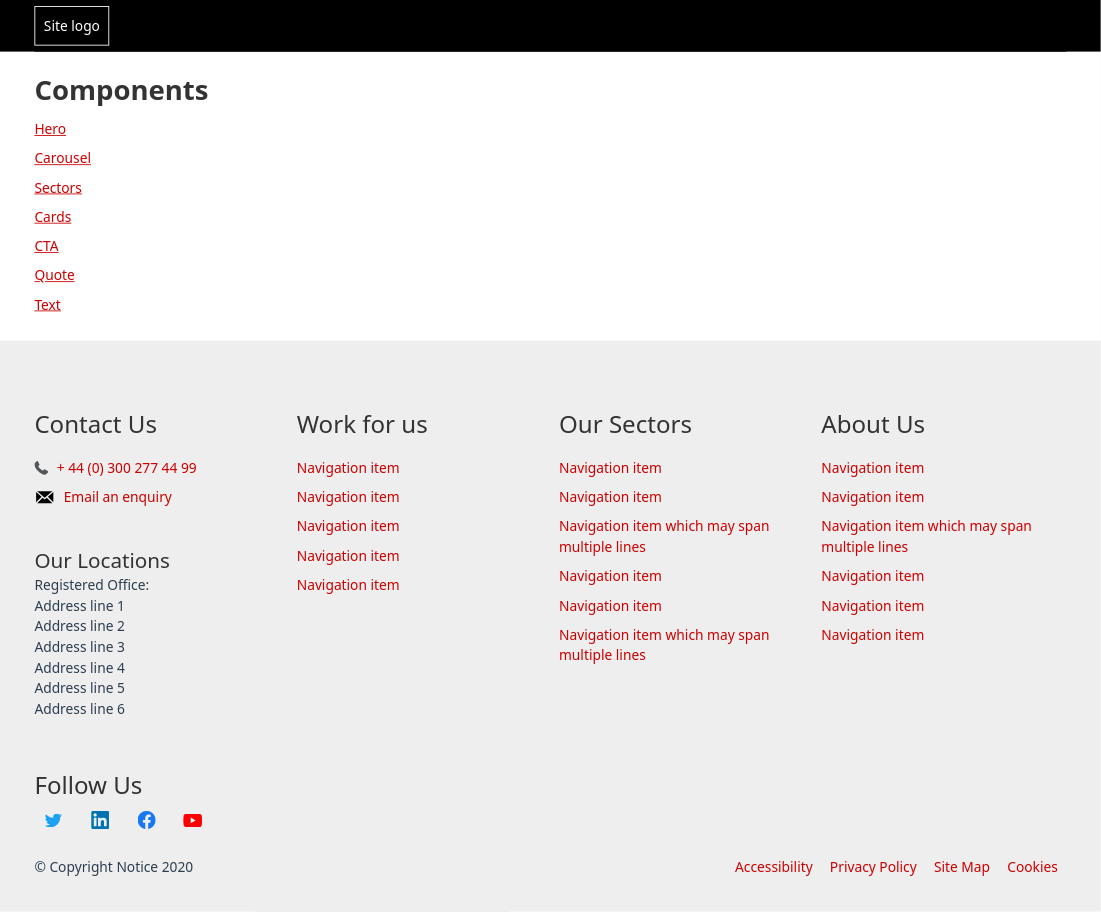
Repository: DaveBaulch/spa
Page: /#/
An editor plug-in stored every save of this project. The page is shown before and after the next save, followed by the edit.
The browser window is 1280 px wide. The pictures show the whole page, at 86% of full size.
The project was rebuilt for these pictures with package versions that can differ from the ones it lists, and the page was loaded fresh each time. Also part of the build but not shown: src/assets/styles/main.css.

Above is the page before, as saved 2020-10-16 09:22:13.

### public/index.html
<!DOCTYPE html>
<html lang="en">
  <head>
    <meta charset="utf-8">
    <meta http-equiv="X-UA-Compatible" content="IE=edge">
    <meta name="viewport" content="width=device-width,initial-scale=1.0">
    <link rel="icon" href="<%= BASE_URL %>favicon.ico">
    <title><%= htmlWebpackPlugin.options.title %></title>
    <link href="https://fonts.googleapis.com/css?family=Noto+Sans:400,400i,700,700i&display=swap" rel="stylesheet">

  </head>
  <body>
    <noscript>
      <strong>We're sorry but <%= htmlWebpackPlugin.options.title %> doesn't work properly without JavaScript enabled. Please enable it to continue.</strong>
    </noscript>
    <div id="app"></div>
    <!-- built files will be auto injected -->
  </body>
</html>

### src/App.vue
<template>
  <div id="app">
    <TheSkipLink>
      Skip navigation
    </TheSkipLink>
    <TheHeader @sidenavToggle="displaySidenav = !displaySidenav" />
    <TheSidenav
      :show="displaySidenav"
      @close="displaySidenav = false">
    </TheSidenav>

    <main class="main" id="main">
      <router-view />
    </main>

    <TheFooter />

    <TheScrollTopButton>
      <img src="@/assets/images/svg/chevron-up-white.svg" />
      <span class="sr-only">Back to top</span>
    </TheScrollTopButton>

  </div>
</template>

<script>
import TheHeader from './components/global/TheHeader.vue';
import TheSidenav from '@/components/global/TheSidenav'
import TheFooter from '@/components/global/TheFooter'
import TheSkipLink from '@/components/global/TheSkipLink'
import TheScrollTopButton from '@/components/global/TheScrollTopButton'


export default {
  components: {
    TheHeader,
    TheSidenav,
    TheFooter,
    TheSkipLink,
    TheScrollTopButton
  },
  data() {
    return {
      displaySidenav: false
    }
  }
};
</script>

<style lang="scss">

#app {
  // font-family: Avenir, Helvetica, Arial, sans-serif;
  -webkit-font-smoothing: antialiased;
  -moz-osx-font-smoothing: grayscale;
  text-align: left;
  color: #2c3e50;
}

#nav {
  padding: 30px;

  a {
    font-weight: bold;
    color: #2c3e50;

    &.router-link-exact-active {
      color: #42b983;
    }
  }
}
</style>

### src/assets/sass/_base-styles.scss

@import 'utilities/variables';
@import 'utilities/mixins';
@import 'utilities/animations';

@import 'base/fonts';
@import 'base/resets';
@import 'base/elements';
@import 'base/typography';
@import 'base/forms';

@import 'helpers/text';
@import 'helpers/spacing';
@import 'helpers/colors';

@import 'layout/layout';

### src/components/global/TheHeader.vue
<template>
<div class="header-container">
  <div class="container">
    <header class="header">
      <TheSideNavToggle @toggle="$emit('sidenavToggle')" />
      <div class="logo">
        <router-link to="/" class="logo__link">Site logo</router-link>
      </div>
      <div class="navigation-items">
        <!-- <ul class="nav-list">
          <router-link to="/" class="nav-list__item">Home</router-link> |
          <router-link to="/about" class="nav-list__item">About</router-link>
        </ul> -->
      </div>
    </header>
  </div>
</div>
</template>

<script>
import TheSideNavToggle from "@/components/global/TheSideNavToggle";

export default {
  name: "TheHeader",
  components: {
    TheSideNavToggle
  }
};
</script>

<style scoped lang="scss">
@import '../../assets/sass/utilities/_variables.scss';
@import '../../assets/sass/utilities/_mixins.scss';

.header-container {
  width: 100%;
  min-height: 60px;
  background-color: $black;
  position: fixed;
  z-index: 100;

  @include breakpoint(md) {
    position: relative;
  }
}

.header {
  width: 100%;
  min-height: 60px;
  display: flex;
  justify-content: space-between;
  align-items: center;
  background-color: $black;
  box-sizing: border-box;
  padding: 0;
}

.logo {
  margin: 0;
  padding: 0;
  border: 1px solid $white;
}

.logo__link {
  margin: 0;
  padding: 1rem;
  text-decoration: none;
  color: $white;
  display: block;
}

.navigation-items {
  display: none;

  @include breakpoint(md) {
    display: block;
  }
}

// .nav-list {
//   list-style: none;
//   padding: 0;
//   margin: 0;
//   display: flex;
// }

// .nav-list__item {
//   margin: 0 10px;
// }

// .nav-item a {
//   text-decoration: none;
//   color: $white;
// }

</style>

### src/components/global/TheSidenav.vue
<template>
<div class="sidenav-container">
  <div
    v-if="show"
    class="sidenav-backdrop"
    @click="$emit('close')"></div>
  <transition name="slide-side">
    <div
      v-if="show"
      class="sidenav">
      <ul
        class="nav-list"
        @click="$emit('close')">
        <li class="nav-item"><router-link to="/">Home</router-link></li>
        <li class="nav-item"><router-link to="/hero" class="component-list__link">Hero</router-link></li>
        <li class="nav-item"><router-link to="/carousel" class="component-list__link">Carousel</router-link></li>
        <li class="nav-item"><router-link to="/sectors" class="component-list__link">Sectors</router-link></li>
        <li class="nav-item"><router-link to="/cards" class="component-list__link">Cards</router-link></li>
        <li class="nav-item"><router-link to="/cta" class="component-list__link">CTA</router-link></li>
        <li class="nav-item"><router-link to="/quote" class="component-list__link">Quote</router-link></li>
        <li class="nav-item"><router-link to="/text" class="component-list__link">Text</router-link></li>
      </ul>
    </div>
  </transition>
</div>
</template>

<script>
export default {
  name: "TheSidenav",
  props: {
    show: {
      type: Boolean,
      default: false
    }
  }
};
</script>


<style scoped>
.sidenav-container {
  height: 100%;
  width: 100%;
}

.sidenav-backdrop {
  width: 100%;
  height: 100%;
  background-color: rgba(0, 0, 0, 0.7);
  z-index: 1000;
  position: fixed;
  top: 0;
  left: 0;
}

.sidenav {
  height: 100%;
  width: 300px;
  background-color: white;
  z-index: 10000;
  position: fixed;
  top: 0;
  left: 0;
  box-sizing: border-box;
  padding: 30px;
}

.slide-side-enter-active,
.slide-side-leave-active {
  transition: all 0.3s ease-out;
}
.slide-side-enter,
.slide-side-leave-to {
  transform: translateX(-100%);
}

.nav-list {
  list-style: none;
  padding: 0;
  margin: 0;
}

.nav-item {
  margin: 20px 0;
}

.nav-item a {
  text-decoration: none;
  color: black;
  font-size: 1.5rem;
}

.nav-item a:hover,
.nav-item a:active {
  color: red;
}
</style>

### src/components/global/TheSkipLink.vue
<template>
  <a
    href="#main"
    id="skip-navigation"
    class="skip-link"
    ref="skip-navigation"
    v-scroll-to="{el: '#main'}">
    <slot />
  </a>
</template>



<style scoped lang="scss">
@import '../../assets/sass/utilities/_mixins.scss';
@import '../../assets/sass/utilities/_variables.scss';

.skip-link {
  padding: 0.5rem 1rem 1rem 1rem;
  background-color: $white;
  position: absolute;
  top: -100%;
  left: 2px;
  z-index: 200;
  text-decoration: none !important;
  display: none;

  &:focus {
    top: 2px;
    transition: $transition-speed-medium ease all;
    color: $black;
  }

  @include breakpoint(md) {
    display: flex;
  }
}

.skip-link:visited {
  color: $black;
}
</style>

### src/components/global/TheScrollTopButton.vue
<template>
  <a class="btn-scroll-top" :class="{ active: buttonVisible }" ref="scroll-button" id="scroll-top" href="#skip-navigation" v-scroll-to="{el: '#skip-navigation', onDone: onDone}">
    <slot />
  </a>
</template>

<script>
export default {
  name: "TheScrollTopButton",
  data: function () {
    return {
      scrollPosition: null,
      buttonVisible: false
    }
  },
  methods: {
    onDone() {
      document.getElementById('skip-navigation').focus();
    },
    updateScroll() {
      this.scrollPosition = window.scrollY
      // console.log(this.scrollPosition)
      if ( this.scrollPosition > 100 ){
        this.buttonVisible = true;
      } else {
        this.buttonVisible = false;
      }
    }
  },
  mounted() {
    window.addEventListener('scroll', this.updateScroll);
  }
};
</script>


<style scoped lang="scss">
@import "../../assets/sass/utilities/_variables.scss";
@import "../../assets/sass/utilities/_mixins.scss";

.btn-scroll-top {
  position: fixed;
  z-index: 100;
  bottom: 20px;
  right: 20px;
  width: 44px;
  height: 44px;
  overflow: hidden;
  text-indent: -1999em;
  color: $white;
  background-color: $white;
  border: 1px solid $grey-dark;;
  opacity: 0;
  transition: 300ms ease all;
  display: flex;
  align-items: center;
  justify-content: center;
  display: none;

  @include breakpoint(md) {
    bottom: 85px;
    display: flex;
  }

  &.active {
    opacity: 0.9;
  }
}

</style>

### src/views/Home.vue
<template>

  <div class="home">

    <div class="container">
      <h1>Components</h1>
        <ul class="component-list">
          <li class="component-list__item"><router-link to="/hero" class="component-list__link">Hero</router-link></li>
          <li class="component-list__item"><router-link to="/carousel" class="component-list__link">Carousel</router-link></li>
          <li class="component-list__item"><router-link to="/sectors" class="component-list__link">Sectors</router-link></li>
          <li class="component-list__item"><router-link to="/cards" class="component-list__link">Cards</router-link></li>
          <li class="component-list__item"><router-link to="/cta" class="component-list__link">CTA</router-link></li>
          <li class="component-list__item"><router-link to="/quote" class="component-list__link">Quote</router-link></li>
          <li class="component-list__item"><router-link to="/text" class="component-list__link">Text</router-link></li>
        </ul>
    </div>

  </div>

</template>

<script>
// @ is an alias to /src
export default {
  name: "Home",
  components: {
  }
};
</script>

<style scoped lang="scss">
@import '../assets/sass/utilities/_variables.scss';
@import '../assets/sass/utilities/_mixins.scss';

.component-list {
  list-style: none;
  padding: 0;
  margin: 0;

}

.component-list__item {
  margin: 1rem 0 0 0;
  padding: 0;
}

.component-list__link {
  margin: 0;

  a {
    text-decoration: none;
    color: $white;
  }
}


</style>

### src/assets/sass/utilities/_mixins.scss
@mixin fill {
  width: 100%;
  height: 100%;
}

@mixin imageCover {
  object-fit: cover;
  @include fill;
}

@mixin absoluteFill {
  display: block;
  position: absolute;
  top: 0;
  left: 0;
  @include fill;
}

@mixin textGradient($top: $brand-primary, $bottom: $brand-light) {
  background: linear-gradient($top, $bottom);
  background-clip: text;
  -webkit-text-fill-color: transparent;
}

// accessible text
@mixin sr-only {
  border: 0 !important;

  height: 1px !important;
  margin: (-1px) !important;
  overflow: hidden !important;
  padding: 0 !important;
  position: absolute !important;
  width: 1px !important;
}

// breakpoints
// uses breakpoints defined in variables.scss
@mixin breakpoint($point, $value: 0) {
  @if $point==xs {
    @media screen and (max-width: $xs-max) {
      @content;
    }
  } @else if $point==sm {
    @media screen and (min-width: $sm-min) {
      @content;
    }
  } @else if $point==md {
    @media screen and (min-width: $md-min) {
      @content;
    }
  } @else if $point==lg {
    @media screen and (min-width: $lg-min) {
      @content;
    }
  } @else if $point==xl {
    @media screen and (min-width: $xl-min) {
      @content;
    }
  } @else {
    @media screen and ($point: $value) {
      @content;
    }
  }
}

@mixin between-breakpoints($min, $max) {
  @media screen and (min-width: $min) and (max-width: $max) {
    @content;
  }
}

@mixin full-width {
  width: 100vw;
  position: relative;
  left: 50%;
  right: 50%;
  margin-left: -50vw;
  margin-right: -50vw;
}

### src/assets/sass/utilities/_animations.scss
@keyframes fadeIn {
    from {
      opacity: 0;
      visibility: hidden;
    }
    to {
      opacity: 1;
      visibility: visible;
    }
  }

@keyframes fadeOut {
    from {
      opacity: 1;
      visibility: visible;
    }
    to {
      opacity: 0;
      visibility: hidden;
    }
  }

@keyframes slideTop {
  0% {
    transform: translateY(100px);
  }
  100% {
    transform: translateY(0);
  }
}

@mixin fadeIn($duration: 0.3s) {
  animation: {
    name: fadeIn;
    fill-mode: forwards;
    duration: #{$duration};
  }
}

@mixin fadeOut($duration: 0.3s) {
  animation: {
    name: fadeOut;
    fill-mode: forwards;
    duration: #{$duration};
  }
}

### src/assets/sass/base/_fonts.scss
// @font-face {
//   font-family: 'hurme';
//   src: url('~assets/fonts/hurme/hurme-light.otf') format('opentype');
//   font-weight: $font-weight-light;
// }

// @font-face {
//   font-family: 'hurme';
//   src: url('~assets/fonts/hurme/hurme-regular.otf') format('opentype');
//   font-weight: $font-weight-normal;
// }

// @font-face {
//   font-family: 'hurme';
//   src: url('~assets/fonts/hurme/hurme-semiBold.otf') format('opentype');
//   font-weight: $font-weight-bold;
// }

### src/assets/sass/base/_resets.scss
html {
  //Prevent iOS input highlighting
  box-sizing: border-box;
  font-size: $base-font-size;
  -webkit-tap-highlight-color: rgba(0, 0, 0, 0);
}

body {
  -moz-osx-font-smoothing: grayscale;
  -webkit-font-smoothing: antialiased;
  background-color: $body-bg-color;
  color: $color-text;
  font-size: $body-font-mobile;
  line-height: $base-line-height;
  text-align: left;
  margin: 0;
  padding: 0;
  font-weight: $font-weight-light;

  @include breakpoint(lg) {
    font-size: $body-font-desktop;
  }
}

html,
body {
  max-width: 100% !important;
  overflow-x: hidden !important;
}

img {
  display: block;
  height: auto;
  -ms-interpolation-mode: bicubic;
  // option to make images responsive by default
  max-width: 100%;
}

### src/assets/sass/base/_elements.scss
button {
  cursor: pointer;
  margin: 0;
}

img {
  max-width: 100%;
  pointer-events: none;

  &:not([src]) {
    visibility: hidden;
  }
}

.img-responsive {
  display: block;
  height: auto;
  max-width: 100%;
  width: 100%;
}

a {
  text-decoration: none;
  color: inherit;
}

ul:not([class]) {
  list-style: disc;
}

ol:not([class]) {
  list-style: decimal;
}

### src/assets/sass/base/_typography.scss
body {
  font-family: $font;
  font-weight: $font-weight-normal;
}

// Generic heading styling

h1,
h2,
h3,
h4,
h5 {
  margin: 0;
  padding: 0;
  margin-top: 2rem;
  color: $color-headings;
  font-weight: $font-weight-bold;
}

h1 {
  font-size: 2rem;
  font-weight: 00;
  line-height: 1.6;

  @include breakpoint(lg) {
    font-size: 3.2rem;
    line-height: 1.5;
  }
}

h2 {
  font-size: 2rem;
  font-weight: 400;
  line-height: 1.4;
  margin: 2.9rem 0 0 0;

  @include breakpoint(lg) {
    font-size: 2.8rem;
    line-height: 1.43;
    margin: 4.6rem 0 0 0;
  }
}

h3 {
  font-size: 1.8rem;
  font-weight: 400;
  line-height: 1.33;
  margin: 2.9rem 0 0 0;

  @include breakpoint(lg) {
    font-size: 2.4rem;
    line-height: 1.33;
    margin: 4.6rem 0 0 0;
  }
}

h4 {
  font-size: 1.8rem;
  font-weight: 400;
  line-height: 1.5;
  margin: 2.9rem 0 0 0;


  @include breakpoint(lg) {
    font-size: 2.4rem;
    line-height: 1.4;
    margin: 4.6rem 0 0 0;
  }
}

h5 {
  font-size: 1.8rem;
  font-weight: 400;
  line-height: 1.5;
  margin: 2.9rem 0 0 0;

  @include breakpoint(lg) {
    font-size: 2.4rem;
    line-height: 1.56;
    margin: 4.6rem 0 0 0;
  }
}

// Link styles

a {
  color: $color-link-active;
  text-decoration: underline;
}

a:visited {
  color: $color-link-visited;
}

a:hover {
  color: $color-link-hover;
}

a:focus {
  color: $color-link-hover;
  outline: $focus-outline;
}

// Standard text paragraphs

p {
  margin: 2rem 0 0 0;
  padding: 0;
}

// List styles
ol,
ul {
  margin: 2rem 0 0 0;
  padding: 0;
  list-style: none;

  &:not([class]) {
    margin: 0 1.22rem 0.8rem 1.5rem;
    list-style-position: inside;
  }
}

ol:not([class]) {
  list-style-type: decimal;
}

ul:not([class]) {
  list-style-type: disc;
}

// Definition list styles

dl {
}

dt {
  font-weight: bold;
}

// Opinionated styling of typographic elements

hr {
  height: 1px;
  margin: 1em 0;
  padding: 0;
  display: block;
  border: 0;
  border-top: 1px solid $grey-light;
}

blockquote {
  margin: 0;
  padding: 0 10px;
}

ins {
  background: $red;
  color: $black;
  text-decoration: none;
}

mark {
  font-style: italic;
  font-weight: bold;
}

pre {
  white-space: pre-wrap;
  word-wrap: break-word;
}

### src/assets/sass/helpers/_text.scss
.uppercase {
  text-transform: uppercase;
}

.font-light {
  font-weight: $font-weight-light;
}

.font-normal {
  font-weight: $font-weight-normal;
}

.font-bold {
  font-weight: $font-weight-bold;
}

.sr-only {
  @include sr-only;
}

### src/assets/sass/helpers/_spacing.scss
.no-padding {
  padding: 0;
}

.no-margin {
  margin: 0;
}

### src/assets/sass/helpers/_colors.scss
// .bg-white {
//   background-color: $brand-white;
// }
// .bg-white-alt {
//   background-color: $brand-white-alt;
// }
// .bg-black {
//   background-color: $brand-black;
// }
// .bg-primary {
//   background-color: $brand-primary;
// }
// .bg-primary-alt {
//   background-color: $brand-primary-alt;
// }
// .bg-dark {
//   background-color: $brand-dark;
// }
// .bg-dark-alt {
//   background-color: $brand-dark-alt;
// }
// .bg-light {
//   background-color: $brand-lightest;
// }
// .bg-light-alt {
//   background-color: $brand-light-alt;
// }

### src/assets/sass/layout/_layout.scss
.container {
  width: calc(100% - 30px);
  max-width: 1200px;
  margin: 0 auto;
  padding: 0;
  position: relative;
  padding: 0 15px;
}

.row {
  display: grid;
  grid-template-columns: repeat(12, 1fr);
  grid-gap: 20px;
}

.main {
  padding-top: 60px;

  @include breakpoint(md) {
    padding-top: 0;
  }
}

// picturefill-background background images
.picturefill-background {
  background-size: cover;
  background-repeat: no-repeat;
  opacity: 1;
  transition: opacity 2s ease;

  &.is-lazy {
    opacity: 0;
  }
}

### src/components/global/TheSideNavToggle.vue
<template>
  <div
    class="drawer-toggle"
    role="button"
    @click="$emit('toggle')">
    <div class="bar"></div>
    <div class="bar"></div>
    <div class="bar"></div>
  </div>
</template>

<style scoped>
.drawer-toggle {
  display: flex;
  flex-direction: column;
  justify-content: space-around;
  height: 40px;
  width: 35px;
  cursor: pointer;
}

@media (min-width: 768px) {
  .drawer-toggle {
    display: none;
  }
}

.drawer-toggle .bar {
  width: 90%;
  height: 2px;
  background-color: white;
}
</style>

### src/components/global/TheSocialSharing.vue
<template>
  <div class="social-links-wrapper">
    <h2 class="social-links-title">Follow Us</h2>
    <ul class="social-links">
      <li class="social-links__item">
        <TheSocialSharingItem>
          <img src="@/assets/images/svg/icon-footer-twitter.svg" width="20" height="16" alt="Twitter" />
          <span class="sr-only">Twitter</span>
        </TheSocialSharingItem>
      </li>
      <li class="social-links__item">
        <TheSocialSharingItem>
          <img src="@/assets/images/svg/icon-footer-linkedin.svg" width="21" height="21" alt="LinkedIn" />
          <span class="sr-only">LinkedIn</span>
        </TheSocialSharingItem>
      </li>
      <li class="social-links__item">
        <TheSocialSharingItem>
          <img src="@/assets/images/svg/icon-footer-facebook.svg" width="21" height="21" alt="Facebook" />
          <span class="sr-only">Instagram</span>
        </TheSocialSharingItem>
      </li>
      <li class="social-links__item">
        <TheSocialSharingItem href="https://www.youtube.com/">
          <img src="@/assets/images/svg/icon-footer-youtube.svg" width="22" height="16" alt="YouTube" />
          <span class="sr-only">You Tube</span>
        </TheSocialSharingItem>
      </li>
    </ul>
  </div>
</template>

<script>
import TheSocialSharingItem from "@/components/global/TheSocialSharingItem";

export default {
  name: "TheSocialSharing",
  components: {
    TheSocialSharingItem
  }
};
</script>

<style scoped lang="scss">
@import '../../assets/sass/utilities/_variables.scss';

.social-links {
  margin: 0 auto;
  list-style: none;
  display: flex;
}

.social-links__item {
  margin: 0 1rem 0 0;
}

</style>

### src/components/global/TheSocialSharingItem.vue
<template>
  <a :href="href"
    class="social-sharing-item"
    ><slot /></a>
</template>

<script>
export default {
  name: 'TheSocialSharingItem',
  props: {
    href: {
      type: String,
      default: ''
    }
  }
}
</script>


<style scoped lang="scss">
@import '../../assets/sass/utilities/_variables.scss';

.social-sharing-item {
  display: flex;
  align-items: center;
  justify-content: center;
  width: 44px;
  height: 44px;

  &:hover,
  &:focus {
    color: $color-link-hover;
    text-decoration: underline;
  }
}
</style>

Loaded but not shown: src/registerServiceWorker.js (common file); src/store/index.js (common file); src/router/index.js (94 lines, source omitted); src/main.js (19 lines, source omitted); src/assets/sass/base/_forms.scss (498 lines, source omitted); src/components/global/TheFooter.vue (345 lines, source omitted); src/assets/sass/utilities/_variables.scss (138 lines, source omitted)

After the next save:
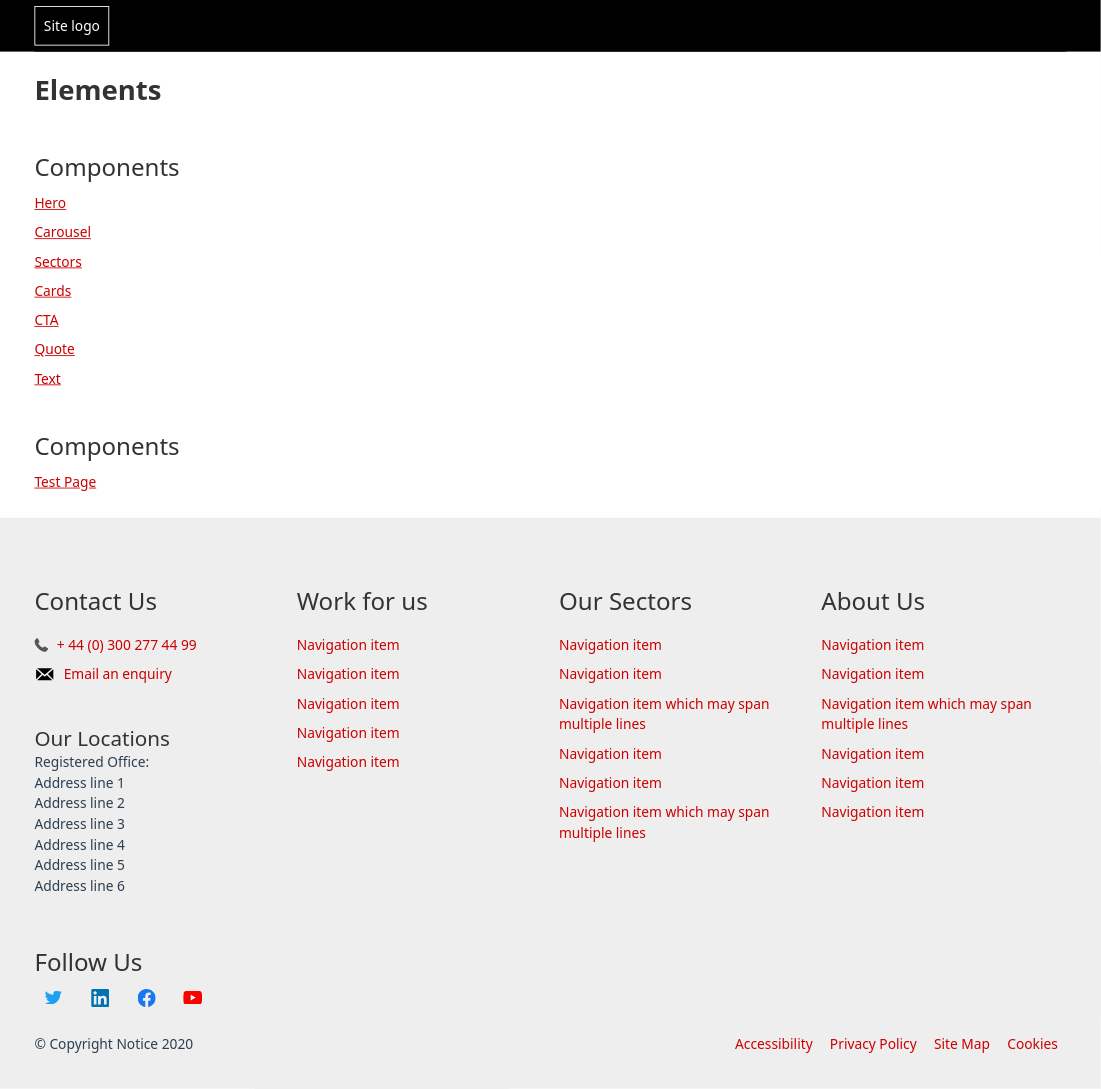
Saved 2 min 43 s later.
--- a/src/views/Home.vue
+++ b/src/views/Home.vue
@@ -3,7 +3,9 @@
   <div class="home">
 
     <div class="container">
-      <h1>Components</h1>
+      <h1>Elements</h1>
+
+      <h2>Components</h2>
         <ul class="component-list">
           <li class="component-list__item"><router-link to="/hero" class="component-list__link">Hero</router-link></li>
           <li class="component-list__item"><router-link to="/carousel" class="component-list__link">Carousel</router-link></li>
@@ -12,6 +14,11 @@
           <li class="component-list__item"><router-link to="/cta" class="component-list__link">CTA</router-link></li>
           <li class="component-list__item"><router-link to="/quote" class="component-list__link">Quote</router-link></li>
           <li class="component-list__item"><router-link to="/text" class="component-list__link">Text</router-link></li>
+        </ul>
+
+      <h2>Components</h2>
+        <ul class="component-list">
+          <li class="component-list__item"><router-link to="/test" class="component-list__link">Test Page</router-link></li>
         </ul>
     </div>
 
